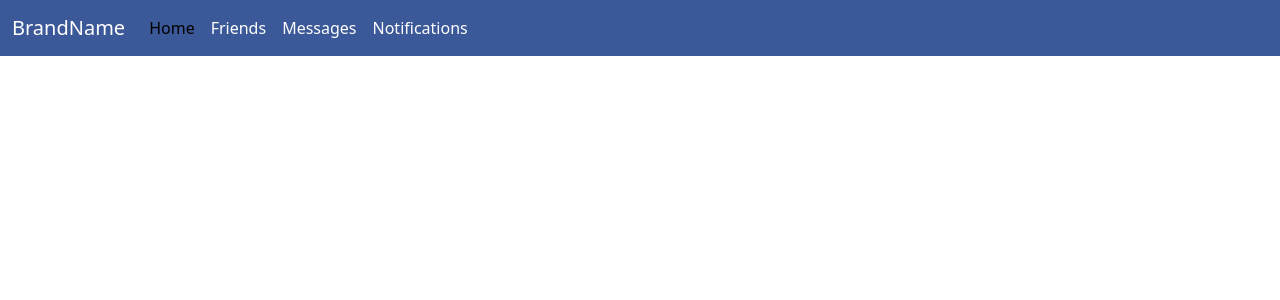
Repository: BoguszKonrady/FORUM
Page: http://localhost/app/views/layout/navbar.php
The author's editor kept a copy of each file at every save. The page is drawn from the files as they stood at one save, then again after the next save.
The browser window is 1280 px wide. The pictures show the whole page.
The page is run by PHP 8.4 with error messages shown; the project is at /var/www/html/.

Above is the page before, as saved 2024-06-06 20:53:43.

After the next save:
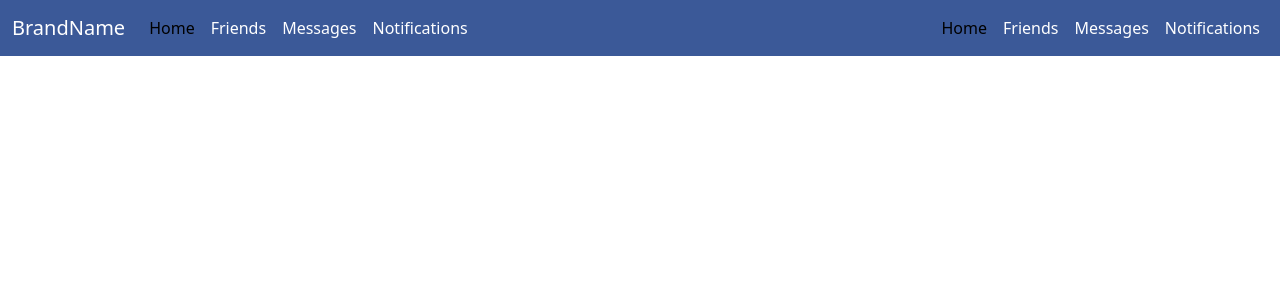
Saved 22 s later.
--- a/app/views/layout/navbar.php
+++ b/app/views/layout/navbar.php
@@ -31,7 +31,20 @@
             <span class="navbar-toggler-icon"></span>
         </button>
         <div class="collapse navbar-collapse" id="navbarNav">
-
+            <ul class="navbar-nav me-auto mb-2 mb-lg-0">
+                <li class="nav-item">
+                    <a class="nav-link active" aria-current="page" href="#">Home</a>
+                </li>
+                <li class="nav-item">
+                    <a class="nav-link" href="#">Friends</a>
+                </li>
+                <li class="nav-item">
+                    <a class="nav-link" href="#">Messages</a>
+                </li>
+                <li class="nav-item">
+                    <a class="nav-link" href="#">Notifications</a>
+                </li>
+            </ul>
             <form class="d-flex" role="search">
             <ul class="navbar-nav me-auto mb-2 mb-lg-0">
                 <li class="nav-item">
@@ -46,7 +59,7 @@
                 <li class="nav-item">
                     <a class="nav-link" href="#">Notifications</a>
                 </li>
-            </ul>
+            </ul
             </form>
         </div>
     </div>

After the save that followed:
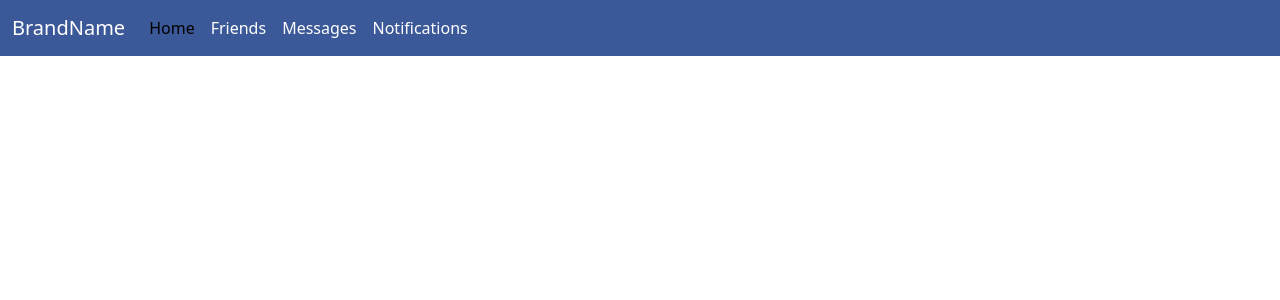
Saved 5 s later.
--- a/app/views/layout/navbar.php
+++ b/app/views/layout/navbar.php
@@ -31,20 +31,7 @@
             <span class="navbar-toggler-icon"></span>
         </button>
         <div class="collapse navbar-collapse" id="navbarNav">
-            <ul class="navbar-nav me-auto mb-2 mb-lg-0">
-                <li class="nav-item">
-                    <a class="nav-link active" aria-current="page" href="#">Home</a>
-                </li>
-                <li class="nav-item">
-                    <a class="nav-link" href="#">Friends</a>
-                </li>
-                <li class="nav-item">
-                    <a class="nav-link" href="#">Messages</a>
-                </li>
-                <li class="nav-item">
-                    <a class="nav-link" href="#">Notifications</a>
-                </li>
-            </ul>
+
             <form class="d-flex" role="search">
             <ul class="navbar-nav me-auto mb-2 mb-lg-0">
                 <li class="nav-item">
